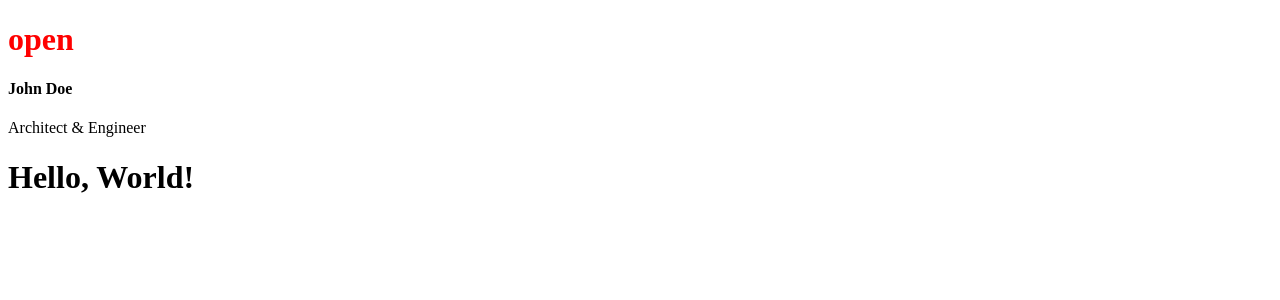
Repository: walidrashadx/Javascript_ES6
Page: index.html
These files come from the project's save history. The page is drawn as it stood at one moment and after the next save; the edit follows.
The browser window is 1280 px wide. The pictures show the whole page.

Above is the page before, as saved 2025-09-13 17:37:18.
Console error: ReferenceError: let is not defined

After the next save:
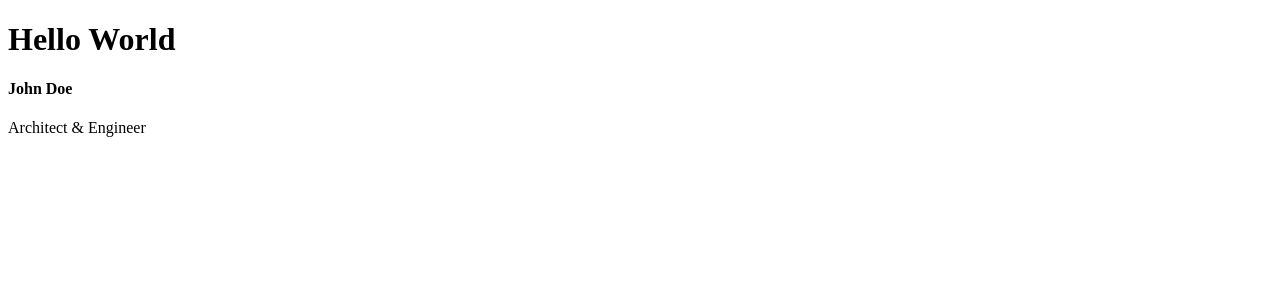
Console error: SyntaxError: Identifier 'name' has already been declared
Saved 17 s later.
--- a/main.js
+++ b/main.js
@@ -13,4 +13,4 @@ var name = "Alice";
 console.log(`Hello, World! ${name}`);
 hello.innerHTML = "open";
 
-let
+let name
